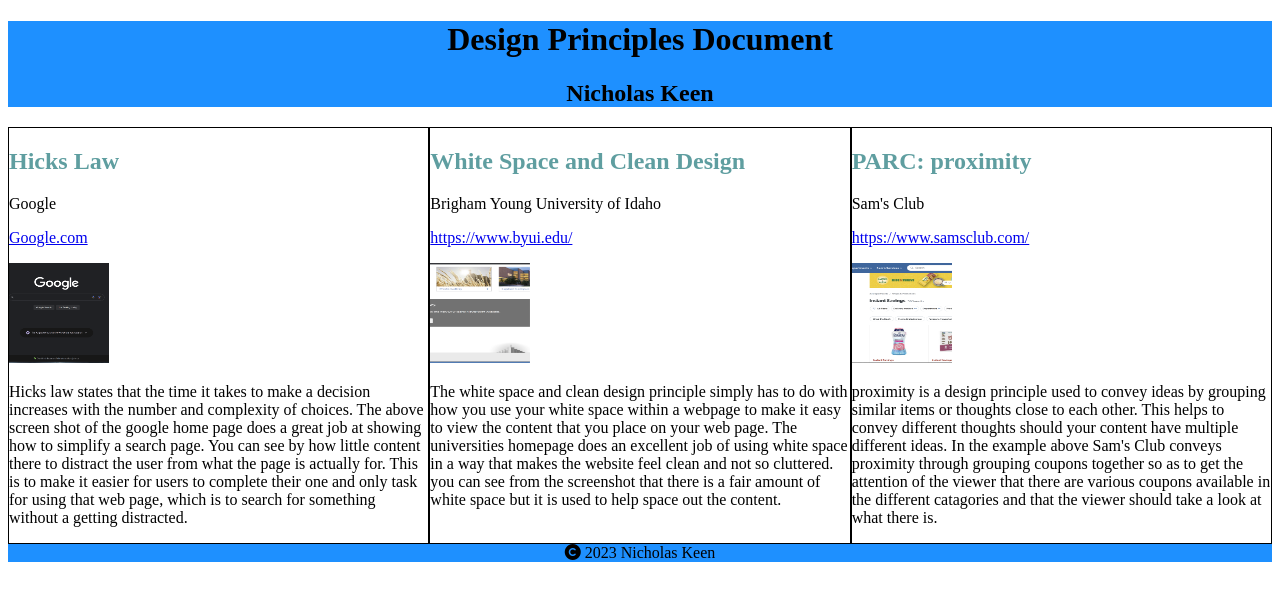
Repository: nak97/WDD230
Page: lesson02/design-principles.html
The author's editor kept a copy of each file at every save. The page is drawn from the files as they stood at one save, then again after the next save.
The browser window is 1280 px wide. The pictures show the whole page.
Some web libraries are served in a nearby version.

Above is the page before, as saved 2023-09-28 14:43:20.
Not found: lesson02/images/

After the next save:
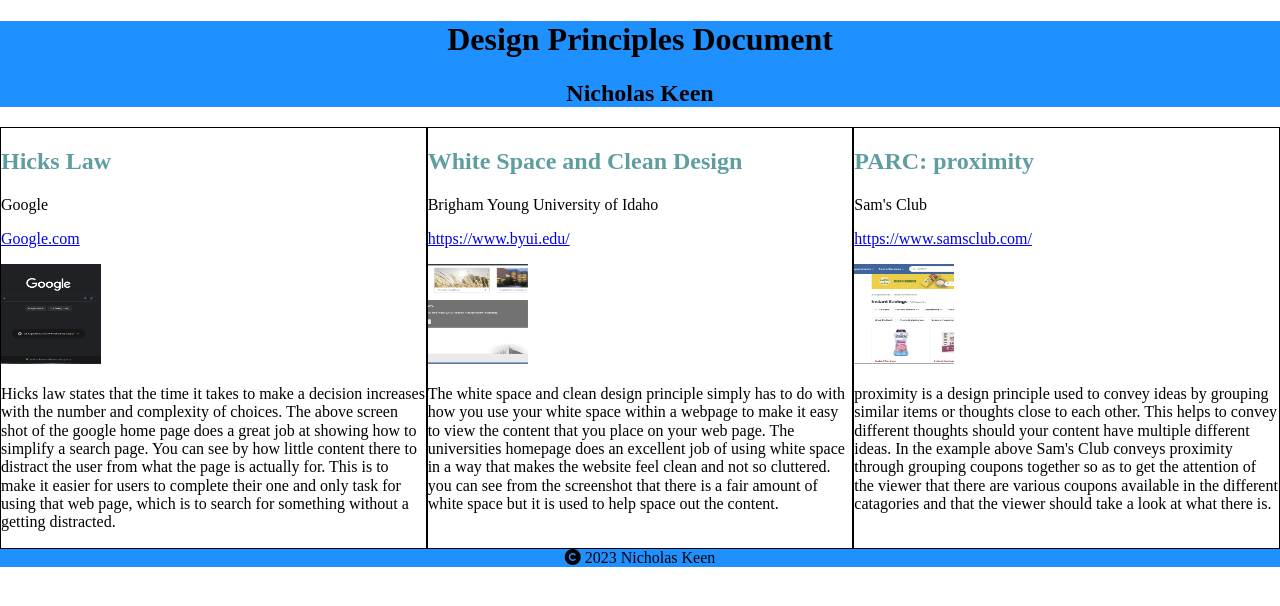
Saved 90 s later.
--- a/lesson02/design-principles.html
+++ b/lesson02/design-principles.html
@@ -3,13 +3,14 @@
 <head>
   <meta charset="UTF-8">
   <meta name="viewport" content="width=device-width, initial-scale=1.0">
-  <meta name="description" content="WDD 230 - Nicholas Keen  - Web Frontend Development projects">
+  <meta name="description" content="WDD 230 - Nicholas Keen  - Design Principles">
   <meta name="author" content="Nicholas Keen">
   <link rel="stylesheet" href="./styles/base.css">
   <link rel="stylesheet" href="images/">
   <script src="https://kit.fontawesome.com/615002bc5f.js" crossorigin="anonymous"></script>
+  <link rel="stylesheet" href="./styles/normalize.css">
   <link rel="stylesheet" href="./styles/media.css">
-  <title>Document</title>
+  <title>Design Principles Document</title>
 </head>
 <body>
 
